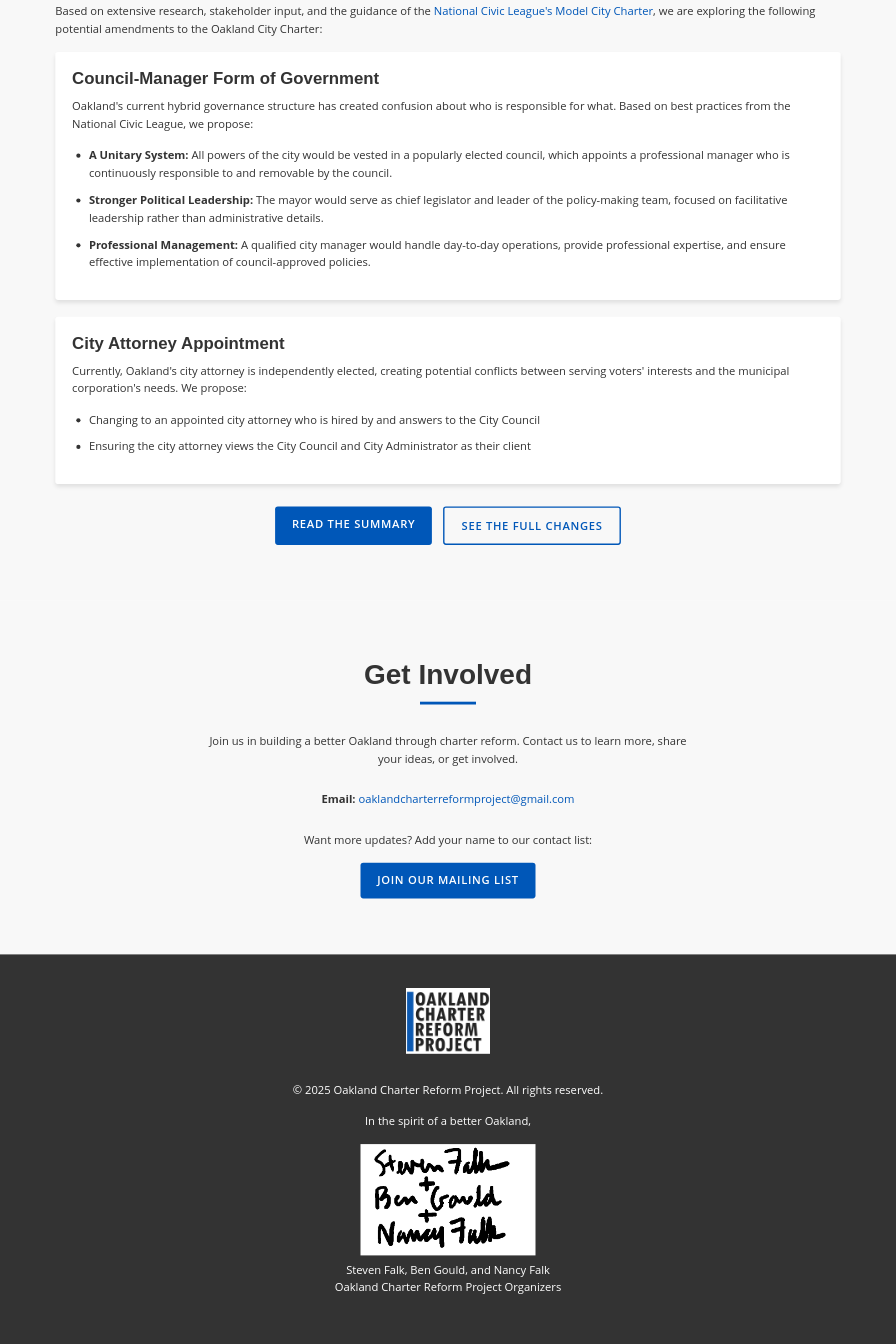
Repository: bgould132/oaklandcharterreform
Page: index.html
An editor plug-in stored every save of this project. The page is shown before and after the next save, followed by the edit.
The browser window is 1280 px wide. The pictures show the part of the page from y = 3538 to 5458 px (the page is 5458 px tall before and 5395 px after), at 70% of full size.

Above is the page before, as saved 2025-04-08 11:00:24.

### index.html
<!DOCTYPE html>
<html lang="en">
<head>
    <meta charset="UTF-8">
    <meta name="viewport" content="width=device-width, initial-scale=1.0">
    <meta name="description" content="Oakland Charter Reform Project - Building a more effective government for Oakland">
    <title>Oakland Charter Reform Project</title>
    <link rel="stylesheet" href="css/styles.css">
    <!-- Font Awesome for icons -->
    <link rel="stylesheet" href="https://cdnjs.cloudflare.com/ajax/libs/font-awesome/6.4.2/css/all.min.css">
</head>
<body>
    <header>
        <div class="container">
            <nav aria-label="Main navigation">
                <div class="logo">
                    <a href="index.html" aria-label="Oakland Charter Reform Project Home">
                        <img src="images/logo/OCRP logo design.jpg" alt="Oakland Charter Reform Project Logo">
                    </a>
                </div>
                <button class="mobile-menu-button" aria-label="Toggle menu" aria-expanded="false" aria-controls="main-menu">
                    <span class="hamburger-icon"></span>
                </button>
                <ul id="main-menu" class="nav-menu">
                    <li><a href="#why-charter-reform" class="active">Why Charter Reform</a></li>
                    <li><a href="#principles">Principles</a></li>
                    <li><a href="#proposed-amendments">Proposed Amendments</a></li>
                    <li><a href="#our-approach">Our Approach</a></li>
                    <li><a href="about.html">About Us</a></li>
                    <li><a href="#contact">Contact</a></li>
                </ul>
            </nav>
        </div>
    </header>

    <main>
        <!-- Hero Section -->
        <section class="hero" aria-labelledby="hero-heading">
            <div class="hero-image">
                <picture>
                    <!-- Smaller image for mobile -->
                    <source srcset="images/Downtown/IMG_7632.jpg" media="(max-width: 768px)">
                    <!-- Larger image for desktop -->
                    <img src="images/Downtown/IMG_7632.jpg" alt="Downtown Oakland skyline view">
                </picture>
                <div class="hero-content">
                    <h1 id="hero-heading">Oakland Charter Reform Project</h1>
                    <p class="tagline">Building a more effective government for Oakland</p>
                    <a href="#why-charter-reform" class="cta-button">Learn More</a>
                </div>
            </div>
        </section>

        <!-- Why Charter Reform Section -->
        <section id="why-charter-reform" class="section" aria-labelledby="why-heading">
            <div class="container">
                <h2 id="why-heading">Why Charter Reform?</h2>
                <div class="section-content">
                    <div class="text-content">
                        <p class="highlight-quote">"Oakland's government is designed to fail."</p>
                        <p>Every stakeholder we've met with – many with decades of experience working for or in partnership with the Oakland city government – told us that Oakland's flawed city charter is either partly or largely responsible for the City's dysfunction.</p>

                        <p>The recent recall of Mayor Sheng Thao represents a peak moment of dissatisfaction with Oakland's government. No other mayor in Oakland's 173-year history has ever been recalled from office. An astonishing 79% of Oakland residents feel the City is on the wrong track.</p>

                        <p>Oakland's "hybrid structure makes it difficult to establish accountability for the effective functioning of government since it leaves open the question of which branch of government is in charge." In other words - the buck stops nowhere.</p>
                    </div>
                    <div class="stat-boxes">
                        <div class="stat-box">
                            <span class="stat-number">79%</span>
                            <p>of Oaklanders think the city is on the wrong track</p>
                        </div>
                        <div class="stat-box">
                            <span class="stat-number">100+</span>
                            <p>stakeholders consulted about charter reform</p>
                        </div>
                    </div>
                </div>
            </div>
        </section>

        <!-- Principles Section -->
        <section id="principles" class="section alt-bg" aria-labelledby="principles-heading">
            <div class="container">
                <h2 id="principles-heading">Our Principles</h2>
                <div class="principles-grid">
                    <div class="principle-card">
                        <div class="principle-icon">
                            <i class="fas fa-balance-scale"></i>
                        </div>
                        <h3>Accountability</h3>
                        <p>Clear lines of responsibility so the buck stops somewhere definite, enabling residents to hold their government accountable.</p>
                    </div>
                    <div class="principle-card">
                        <div class="principle-icon">
                            <i class="fas fa-chart-line"></i>
                        </div>
                        <h3>Effectiveness</h3>
                        <p>A government structure that combines democratic governance with professional management to enable efficient delivery of services and implementation of policies that improve quality of life.</p>
                    </div>
                    <div class="principle-card">
                        <div class="principle-icon">
                            <i class="fas fa-user-friends"></i>
                        </div>
                        <h3>Representation</h3>
                        <p>Ensuring all Oakland residents have their voices heard and interests represented in city government.</p>
                    </div>
                    <div class="principle-card">
                        <div class="principle-icon">
                            <i class="fas fa-search"></i>
                        </div>
                        <h3>Transparency</h3>
                        <p>Open and accessible government processes that allow residents to understand how decisions are made.</p>
                    </div>
                </div>
            </div>
        </section>

        <!-- Our Approach Section -->
        <section id="our-approach" class="section" aria-labelledby="approach-heading">
            <div class="container">
                <h2 id="approach-heading">Our Approach</h2>
                <div class="approach-content">
                    <div class="approach-text">
                        <p>The Oakland Charter Reform Project has conducted extensive research and community engagement to inform our approach to charter reform:</p>

                        <ul class="approach-list">
                            <li>Three focus groups with diverse Oakland stakeholders</li>
                            <li>One-on-one interviews with community members, workers, business leaders, elected officials, and more</li>
                            <li>Special information session with Oakland NAACP leaders</li>
                            <li>Analysis of charter structures in comparable cities</li>
                        </ul>

                        <p>We are exploring options for placing a charter reform measure before voters in June 2026. Why June? Because settling matters about the City's organization in advance of the November 2026 mayoral election will allow candidates to run for a clearly defined role in the new system.</p>
                    </div>
                    <div class="timeline">
                        <div class="timeline-item">
                            <div class="timeline-marker"></div>
                            <div class="timeline-content">
                                <h3>December 2024 - March 2025</h3>
                                <p>Initial research and stakeholder interviews</p>
                            </div>
                        </div>
                        <div class="timeline-item">
                            <div class="timeline-marker"></div>
                            <div class="timeline-content">
                                <h3>April - June 2025</h3>
                                <p>Draft charter amendments and community feedback</p>
                            </div>
                        </div>
                        <div class="timeline-item">
                            <div class="timeline-marker"></div>
                            <div class="timeline-content">
                                <h3>July - December 2025</h3>
                                <p>Gather signatures to place on ballot</p>
                            </div>
                        </div>
                        <div class="timeline-item">
                            <div class="timeline-marker"></div>
                            <div class="timeline-content">
                                <h3>January - May 2026</h3>
                                <p>Organize grassroots campaign</p>
                            </div>
                        </div>
                        <div class="timeline-item">
                            <div class="timeline-marker"></div>
                            <div class="timeline-content">
                                <h3>June 2026</h3>
                                <p>Charter reform measure on ballot</p>
                            </div>
                        </div>
                    </div>
                </div>
            </div>
        </section>

        <!-- Proposed Amendments Section -->
        <section id="proposed-amendments" class="section alt-bg" aria-labelledby="amendments-heading">
            <div class="container">
                <h2 id="amendments-heading">Proposed Amendments</h2>
                <div class="section-content">
                    <div class="text-content">
                        <p>Based on extensive research, stakeholder input, and the guidance of the <a href="https://www.nationalcivicleague.org/model-city-charter-9th-edition/">National Civic League's Model City Charter</a>, we are exploring the following potential amendments to the Oakland City Charter:</p>

                        <div class="amendment-card">
                            <h3>Council-Manager Form of Government</h3>
                            <p>Oakland's current hybrid governance structure has created confusion about who is responsible for what. Based on best practices from the National Civic League, we propose:</p>
                            <ul class="amendment-list">
                                <li><strong>A Unitary System:</strong> All powers of the city would be vested in a popularly elected council, which appoints a professional manager who is continuously responsible to and removable by the council.</li>
                                <li><strong>Stronger Political Leadership:</strong> The mayor would serve as chief legislator and leader of the policy-making team, focused on facilitative leadership rather than administrative details.</li>
                                <li><strong>Professional Management:</strong> A qualified city manager would handle day-to-day operations, provide professional expertise, and ensure effective implementation of council-approved policies.</li>
                            </ul>
                        </div>

                        <div class="amendment-card">
                            <h3>City Attorney Appointment</h3>
                            <p>Currently, Oakland's city attorney is independently elected, creating potential conflicts between serving voters' interests and the municipal corporation's needs. We propose:</p>
                            <ul class="amendment-list">
                                <li>Changing to an appointed city attorney who is hired by and answers to the City Council</li>
                                <li>Ensuring the city attorney views the City Council and City Administrator as their client</li>
                            </ul>
                        </div>

                        <div class="buttons-container">
                            <a href="#" class="cta-button">Read the Summary</a>
                            <a href="#" class="outline-button">See the Full Changes</a>
                        </div>
                    </div>
                </div>
            </div>
        </section>

        <!-- Contact Section -->
        <section id="contact" class="section alt-bg" aria-labelledby="contact-heading">
            <div class="container">
                <h2 id="contact-heading">Get Involved</h2>
                <div class="contact-content">
                    <p>Join us in building a better Oakland through charter reform. Contact us to learn more, share your ideas, or get involved.</p>
                    <div class="contact-info">
                        <p><strong>Email:</strong> <a href="mailto:oaklandcharterreformproject@gmail.com">oaklandcharterreformproject@gmail.com</a></p>
                        <div class="signup-form">
                            <p>Want more updates? Add your name to our contact list:</p>
                            <a href="https://docs.google.com/forms/d/e/1FAIpQLSdF_dHp7V90Uwa0_O2ooWYBVRbXHmql2CPPq1itF4d_2p7CdQ/viewform" class="cta-button">Join Our Mailing List</a>
                        </div>
                    </div>
                </div>
            </div>
        </section>
    </main>

    <footer>
        <div class="container">
            <div class="footer-content">
                <div class="footer-logo">
                    <img src="images/logo/OCRP logo design.jpg" alt="Oakland Charter Reform Project Logo" width="120">
                </div>
                <div class="footer-text">
                    <p>&copy; 2025 Oakland Charter Reform Project. All rights reserved.</p>
                    <p>In the spirit of a better Oakland,</p>
                    <div class="signature">
                        <img src="images/logo/steve and ben and nancy signature.jpg" alt="Signatures of Steven Falk, Ben Gould, and Nancy Falk" class="signature-img">
                        <p>Steven Falk, Ben Gould, and Nancy Falk<br>
                        Oakland Charter Reform Project Organizers</p>
                    </div>
                </div>
            </div>
        </div>
    </footer>

    <script src="js/main.js"></script>
</body>
</html>

Loaded but not shown: js/main.js (101 lines, source omitted); css/styles.css (816 lines, source omitted)

After the next save:
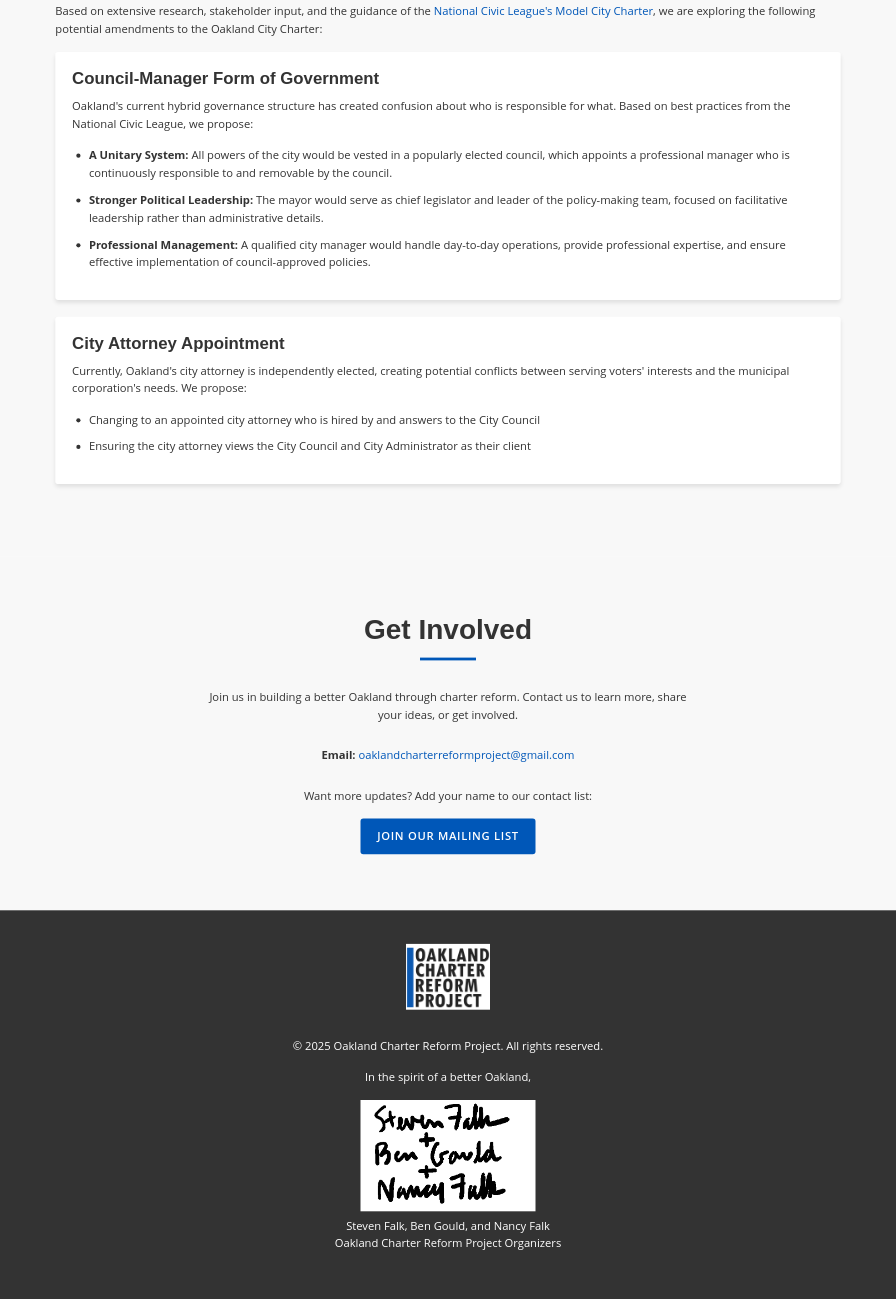
Saved 113 min 7 s later.
--- a/index.html
+++ b/index.html
@@ -200,7 +200,7 @@
                             </ul>
                         </div>
 
-                        <div class="buttons-container">
+                        <div class="buttons-container" style="display:none">
                             <a href="#" class="cta-button">Read the Summary</a>
                             <a href="#" class="outline-button">See the Full Changes</a>
                         </div>
